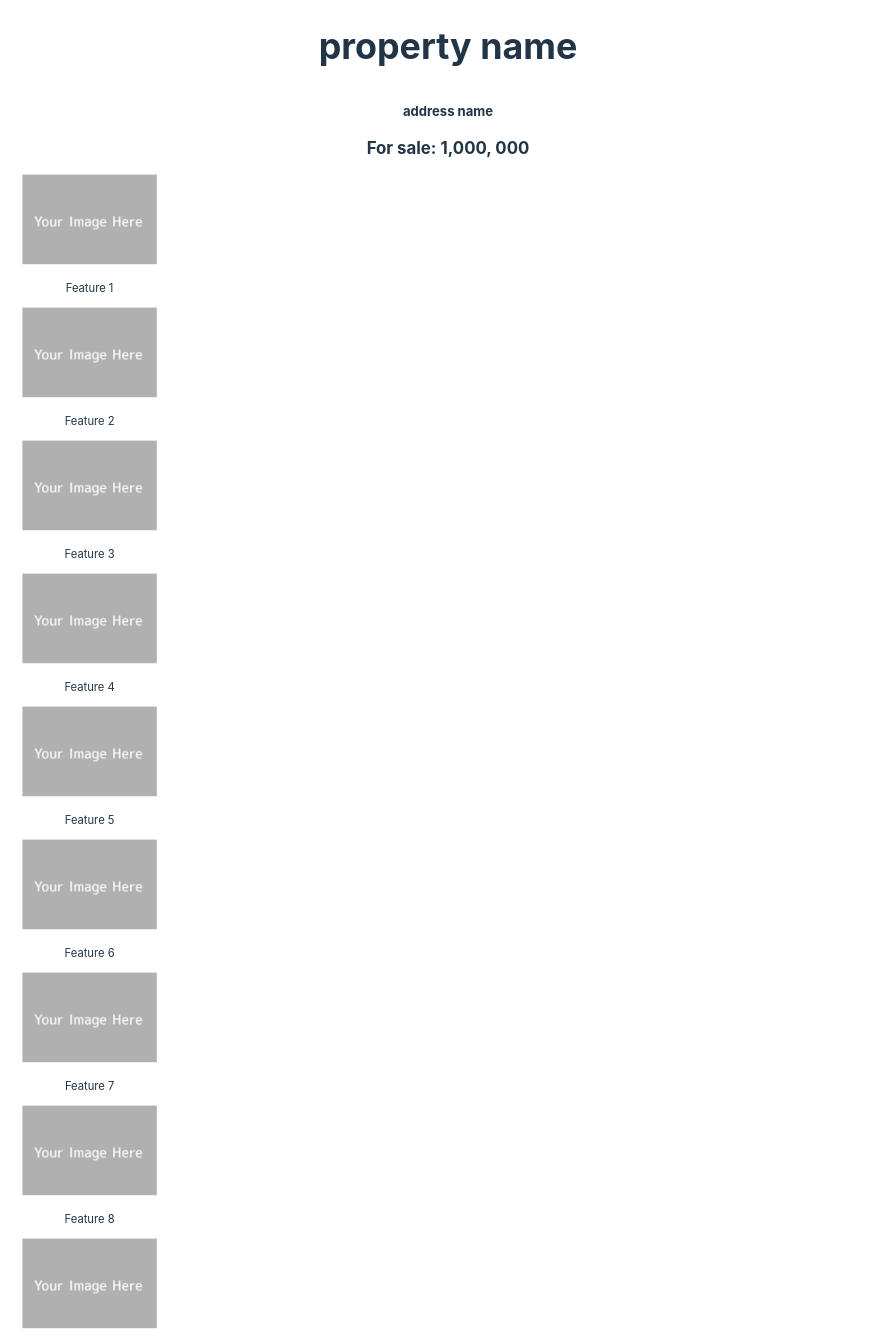
Repository: TMuse333/real_estate_property
Page: /
The author's editor kept a copy of each file at every save. The page is drawn from the files as they stood at one save, then again after the next save.
The browser window is 1280 px wide. The pictures show the part of the page from y = 708 to 2628 px (the page is 6049 px tall before and 5099 px after), at 70% of full size.
The project was rebuilt for these pictures with package versions that can differ from the ones it lists, and the page was loaded fresh each time. Also part of the build but not shown: vite.config.js, src/components/navbar/navbar.css, src/components/navbar/navbar.jsx, src/components/carousel/carousel.css, src/components/carousel/carousel.jsx.

Above is the page before, as saved 2024-03-26 14:51:38.

### src/App.jsx
import { useState } from 'react'
import reactLogo from './assets/react.svg'
import viteLogo from '/vite.svg'
import './App.css'
import Navbar from './components/navbar/navbar'
import ImageCarousel from './components/carousel/carousel'
import Carousel2 from './components/carousel2/carosuel2'


import kakashi from './media/kakashi_susanoo.jpg';
import sasuke from './media/sasuke.jpg';
import vegeta from './media/majin-vegeta.png';
import Property from './components/property/property'

function App() {
  const [count, setCount] = useState(0)

  const images = [
    {
      url:kakashi,
      alt:'Kakashi'
    }
   ,{
    url:sasuke,
    alt:'Sasuke'
   },
   {
    url:vegeta,
    alt:'Vegeta'
   },
   {
    url:kakashi,
    alt:'Kakashi2'
  }
 ,{
  url:sasuke,
  alt:'Sasuke2'
 },
 {
  url:vegeta,
  alt:'Vegeta2'
 },

  ]

  // const links = [
  //   'home',
  //   'description',
  //   'price and features',
  //   'amenities',
  //   'photo gallery',
  //   'video',
  //   'more info',
  //   'flyers',
  //   'area info',
  //   'documents',
  //   'map',
  //   'Broker',
  //   'More Listings',
  //   'Show Bookings'
  // ]

  return (
    <>
    <div className='homepage-container'>


     {/* <Navbar
     links={links}
     /> */}

    <Property/>
    {/* <Carousel2
    images={images}
    /> */}


     </div>
    </>
  )
}

export default App

### src/index.css
:root {
  font-family: Inter, system-ui, Avenir, Helvetica, Arial, sans-serif;
  line-height: 1.5;
  font-weight: 400;

  color-scheme: light dark;
  color: rgba(255, 255, 255, 0.87);
  background-color: #242424;

  font-synthesis: none;
  text-rendering: optimizeLegibility;
  -webkit-font-smoothing: antialiased;
  -moz-osx-font-smoothing: grayscale;
  /* overflow-x: hidden; */
}

a {
  font-weight: 500;
  color: #646cff;
  text-decoration: inherit;
}
a:hover {
  color: #535bf2;
}

body {
  margin: 0;
  display: flex;
  place-items: center;
  /* min-width: 320px; */
  min-height: 100vh;
}

h1 {
  font-size: 3.2em;
  line-height: 1.1;
}

button {
  border-radius: 8px;
  border: 1px solid transparent;
  padding: 0.6em 1.2em;
  font-size: 1em;
  font-weight: 500;
  font-family: inherit;
  background-color: #1a1a1a;
  cursor: pointer;
  transition: border-color 0.25s;
}
button:hover {
  border-color: #646cff;
}
button:focus,
button:focus-visible {
  outline: 4px auto -webkit-focus-ring-color;
}

@media (prefers-color-scheme: light) {
  :root {
    color: #213547;
    background-color: #ffffff;
  }
  a:hover {
    color: #747bff;
  }
  button {
    background-color: #f9f9f9;
  }
}

### src/App.css
#root {
  max-width: 1280px;
  margin: 0 auto;
  padding: 2rem;
  text-align: center;
}

.logo {
  height: 6em;
  padding: 1.5em;
  will-change: filter;
  transition: filter 300ms;
}
.logo:hover {
  filter: drop-shadow(0 0 2em #646cffaa);
}
.logo.react:hover {
  filter: drop-shadow(0 0 2em #61dafbaa);
}

@keyframes logo-spin {
  from {
    transform: rotate(0deg);
  }
  to {
    transform: rotate(360deg);
  }
}

@media (prefers-reduced-motion: no-preference) {
  a:nth-of-type(2) .logo {
    animation: logo-spin infinite 20s linear;
  }
}

.card {
  padding: 2em;
}

.read-the-docs {
  color: #888;
}

.homepage-container{
  width:100vw;
  /* height:100vh; */
  display: flex;
  flex-direction: column;
  overflow-x: hidden;
  justify-content: center;
  position: absolute;
  top:0;
  left:0;
  /* position: absolute;
  left:0;
  top:0; */
}

### src/components/carousel2/carosuel2.jsx
import react,{ useState,useEffect } from "react";
import { ArrowBigLeft, ArrowBigRight, Circle, CircleDot } from "lucide-react";
import './carousel2.css'

import kakashi from '../../media/kakashi_susanoo.jpg';
import sasuke from '../../media/sasuke.jpg';
import vegeta from '../../media/majin-vegeta.png';

const ImageSlider = ({ images }) => {
  const [imageIndex, setImageIndex] = useState(0);
  const [isFullHeight, setIsFullHeight] = useState(false);

  const [isDesktop, setIsDesktop] = useState(window.innerWidth >= 565)

  const [itemClicked, setItemClicked] = useState(null)

    const [desktopExpanded, setDesktopExpanded] = useState(false)

    const [mobileExpanded, setMobileExpanded] = useState(false)

  const handleItemClick = (index) => {

    console.log('item clicked')

    // if(itemClicked !== null){
        setItemClicked(index)
        setImageIndex(index)
        if(isDesktop){
            setDesktopExpanded(true)
        }
        else{
            setMobileExpanded(true)
            console.log('mobile expanded')
        }
  }



  useEffect(()=> {

    const handleResize = () => {
        if(window.innerWidth >= 565){
            setIsDesktop(true)
            console.log('desktop is true!')
        }
        else{
            setIsDesktop(false)
        }


    }

    window.addEventListener('resize',handleResize)

    return () => {
        window.removeEventListener('resize',handleResize)
    }
  },[])

  const showNextImage = () => {
    setImageIndex(index => {
      if (index === images.length - 1) return 0;
      return index + 1;
    });
  };

  const showPrevImage = () => {
    setImageIndex(index => {
      if (index === 0) return images.length - 1;
      return index - 1;
    });
  };

//   const toggleImageHeight = () => {
//     setIsFullHeight(prevState => !prevState);


//   };

const handleUnexpand = () => {
    setDesktopExpanded(false)
}

const handleMobileClick = () => {
    setMobileExpanded(true)
}

const handleExpansion = () => {

    if(isDesktop) {
        setDesktopExpanded(false)
    }
    else{
        setMobileExpanded(!mobileExpanded)
    }
}

  return (
    <>

{!isDesktop && !mobileExpanded && (
    <div>


            <h1>{images.length} Photos</h1>
            <p>Cick on the expand button to zoom in</p>
            </div>
        )}

    {!isDesktop  || (itemClicked !== null && desktopExpanded) ? (
        <section
        aria-label="Image Slider"
        style={{ width: "100%",
         position:  desktopExpanded || mobileExpanded ? 'fixed' :"relative",
         backgroundColor:'black',
         height: desktopExpanded || mobileExpanded? '100vh' : 'auto',
         top: desktopExpanded || mobileExpanded?'0': 'auto',
         left:desktopExpanded || mobileExpanded?'0': 'auto'

   }}
      >

        <a href="#after-image-slider-controls" className="skip-link">
          Skip Image Slider Controls
        </a>
        <div
          style={{
            width: "100%",
            height: "100%",
            display: "flex",
            overflow: "hidden",
            alignItems:'center',



          }}
        >
          {images.map(({ url, alt }, index) => (
            <img
              key={index}
              src={url}
              alt={alt}
              aria-hidden={imageIndex !== index}
              className="img-slider-img"
              style={{ transform: `translateX(${-100 * imageIndex}%)`,
              height:  "500px",


          }}
          onClick={()=>handleItemClick(index)}
            />
          ))}
        </div>
        <button
          onClick={showPrevImage}
          className="img-slider-btn"
          style={{ left: 0 }}
          aria-label="View Previous Image"
        >
          <ArrowBigLeft aria-hidden />
        </button>
        <button
          onClick={showNextImage}
          className="img-slider-btn"
          style={{ right: 0 }}
          aria-label="View Next Image"
        >
          <ArrowBigRight aria-hidden />
        </button>
        <div
          style={{
            position: "absolute",
           bottom:'0.5rem',
            left: "50%",
            transform: "translateX(-50%)",
            display: "flex",
            gap: ".25rem",
          }}
        >
          {images.map((_, index) => (
            <button

              key={index}
              className="img-slider-dot-btn"
              aria-label={`View Image ${index + 1}`}
              onClick={() => setImageIndex(index)}

            >
              {index === imageIndex ? (
                <CircleDot aria-hidden />
              ) : (
                <Circle aria-hidden />
              )}
            </button>
          ))}
        </div>
        <div id="after-image-slider-controls" />
        <button onClick={handleExpansion} className="toggle-height-btn"
        style={{
          position: desktopExpanded || mobileExpanded? 'fixed ' : 'absolute',
          top: desktopExpanded || mobileExpanded? 'auto' : '100%',
          left:'50%',
          transform:'translateX(-50%)',
          zIndex:'5',

          bottom:desktopExpanded || mobileExpanded? '10%' : " auto"
        }}>

          {desktopExpanded || mobileExpanded? "Collapse" : "Expand"}
        </button>
      </section>
    ) : (
        <section
        className="images-grid">
            {images.map((image, index)=> (
                <img src={image.url}
                key={index}
                alt={image.alt}
                onClick={()=> handleItemClick(index)}
                className='desktop-image'></img>
            ))}

        </section>
    )}

</>

  );
};

export default ImageSlider;

### src/components/property/property.jsx
import React from "react";
import ImageSlider from "../carousel2/carosuel2";
import Features from "../features/features";
import img from '../../media/place-holder.jpg'

import kakashi from '../../media/kakashi_susanoo.jpg';
import sasuke from '../../media/sasuke.jpg';
import vegeta from '../../media/majin-vegeta.png';

import './property.css'

const Property = ({heroImage,price,
    mainDescription,openingDate,closingDate}) => {

  const images = [
    {
      url:kakashi,
      alt:'Kakashi'
    }
   ,{
    url:sasuke,
    alt:'Sasuke'
   },
   {
    url:vegeta,
    alt:'Vegeta'
   },
   {
    url:kakashi,
    alt:'Kakashi2'
  }
 ,{
  url:sasuke,
  alt:'Sasuke2'
 },
 {
  url:vegeta,
  alt:'Vegeta2'
 },

  ]
    return (
        <section className="property-container">
            <div className="property-herobanner">


            <img className="property-hero"
            src={heroImage || img}
            />
 <h2><strong>For Sale:</strong> {price || '1,000,000$'}</h2>

 <p className="open-house-hours">
    Open House - {openingDate || 'march 24th 3pm'} - {closingDate || 'march 25th 5pm'}
 </p>

                 </div>
                 <h1>Property Description</h1>
                 <p>
                    {mainDescription ||
                    'Lorem ipsum dolor sit amet consectetur, adipisicing elit. Voluptas et ad, similique nobis molestias ullam alias? Beatae suscipit expedita nobis nulla inventore incidunt eaque molestias ipsum repudiandae reprehenderit. Asperiores, laborum?'}
                 </p>

                 <Features/>

                 <ImageSlider
                 images={images}/>

                 <h1>Video</h1>

                 <img className="property-video"
                  src={img}
                 />

                 <div className="images-grid">
                    <img src={img}/>
                    <img src={img}/>
                    <img src={img}/>
                    <img src={img}/>
                 </div>


        </section>
    )
}

export default Property

### src/components/carousel2/carousel2.css
*,
*::before,
*::after {
  box-sizing: border-box;
}

.img-slider-img {
  object-fit: cover;
  width: 100%;
object-position: 50% 50%;
  display: block;
  flex-shrink: 0;
  flex-grow: 0;
}

.img-slider-btn {
  all: unset;
  display: block;
  position: absolute;
  top: 0;
  bottom: 0;
  padding: 1rem;
  cursor: pointer;
  transition: background-color 100ms ease-in-out;
}

.img-slider-btn:hover,
.img-slider-btn:focus-visible {
  background-color: rgb(0, 0, 0, 0.2);
}

.img-slider-btn > * {
  stroke: white;
  fill: black;
  width: 2rem;
  height: 2rem;
}

@keyframes squish {
  50% {
    scale: 1.4 0.6;
  }
}

.img-slider-dot-btn {
  all: unset;
  display: block;
  cursor: pointer;
  width: 1rem;
  height: 1rem;
  transition: scale 100ms ease-in-out;
}

.img-slider-dot-btn:hover,
.img-slider-dot-btn:focus-visible {
  scale: 1.2;
}

.img-slider-dot-btn > * {
  stroke: white;
  fill: black;
  height: 100%;
  width: 100%;
}

.img-slider-dot-btn:focus-visible,
.img-slider-btn:focus-visible {
  outline: auto;
}

.skip-link {
  position: absolute;
  width: 1px;
  height: 1px;
  padding: 0;
  margin: -1px;
  overflow: hidden;
  border: 0;
  clip: rect(0, 0, 0, 0);
}

.skip-link:focus-visible {
  top: 0;
  left: 0;
  border: 1px solid black;
  background-color: white;
  padding: 0.5rem;
  width: auto;
  height: auto;
  margin: 0;
  clip: unset;
  text-decoration: none;
  color: black;
  z-index: 100;
}

.img-slider-img {
    transition: transform 0.5s ease;
  }

/* @media not (prefers-reduced-motion) {
  .img-slider-img {
    transition: translate 300ms ease-in-out;

  }

  .img-slider-btn:hover > *,
  .img-slider-btn:focus-visible > * {
    animation: squish 200ms ease-in-out;
  }
} */

.images-grid {
    display: grid;
    width: 95vw;
    grid-template-columns: repeat(auto-fit, minmax(230px, 1fr)); /* Modify this line */
    justify-content: center;
    gap: 2rem;
    max-width: 1200px;
    margin: 0 auto;
}

.images-grid img {
    width: 100%;
    height:40vw;
    object-fit: cover;
    max-height: 400px;
}

### src/components/features/features.jsx
import React from "react";
import img from '../../media/place-holder.jpg';
import './features.css'
const Features = ({ name, price, address, featuresName, featureImage, amenities }) => {
    // Initialize featuresList
    let featuresList = [];

    // Check if featuresName is not null
    if(featuresName){
        featuresList = featuresName.map((name, index) => ({
            name: name,
            image: featureImage[index]
          }));
    } else {
        // If featuresName is null, create 10 random features with placeholder text and images
        for (let i = 0; i < 10; i++) {
            featuresList.push({
                name: `Feature ${i+1}`,
                image: img // Use placeholder image
            });
        }
    }

    // Initialize amenitiesList
    let amenitiesList = [];

    // Check if amenities is not null
    if(amenities){
        amenitiesList = amenities.map((amenity, index) => ({
            name: amenity,
            image: img // Use placeholder image for amenities
          }));
    } else {
        // If amenities is null, create 10 random amenities with placeholder text and images
        for (let i = 0; i < 10; i++) {
            amenitiesList.push({
                name: `Amenity ${i+1}`,
                image: img // Use placeholder image
            });
        }
    }

    return (
      <section className="amenities-container">
        <h1>{name || 'property name'}</h1>
        <h3>{address || 'address name'}</h3>
        <h2><strong>For sale:</strong> {price || '1,000, 000'}</h2>

        <div className="features-grid">
          {featuresList.map((feature, index) => (
            <div className="feature" key={index}>
              <img src={feature.image || img} alt={feature.name || 'feature'} />
              <p>{feature.name || 'feature'}</p>
            </div>
          ))}
        </div>

        <div className="amenities-box">
          <h2>Amenities</h2>
          {amenitiesList.map((amenity, index) => (
            <div className="amenity" key={index}>
              <img src={amenity.image || img} style={{ height: '30px' }} alt={amenity.name || 'amenity'} />
              <p>{amenity.name || 'amenity name'}</p>
            </div>
          ))}
        </div>
      </section>
    )
}

export default Features;

### src/components/property/property.css
.images-grid img, .property-video{
    width:90vw;
    object-fit: cover;
    margin:0 auto;
}

.images-grid{
    width: 100vw;
}

.property-video {
    margin-bottom: 3rem;
}

### src/components/features/features.css
.feature img{
    width:15vw;
}

.features-grid{
    display: grid;
    grid-template-columns: 20vw;
}

Loaded but not shown: index.html (common file); src/main.jsx (common file)

After the next save:
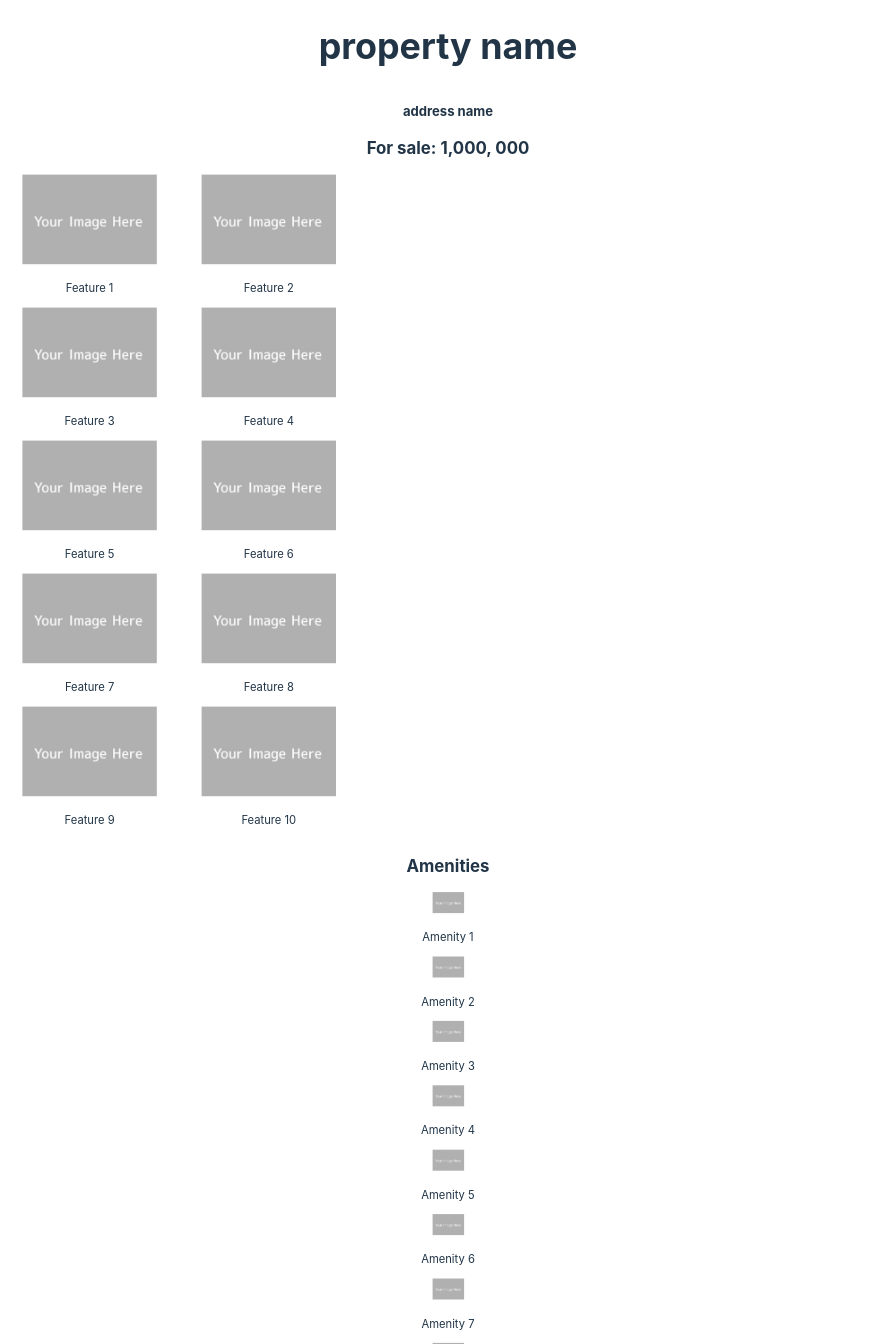
Saved 4 s later.
--- a/src/components/features/features.css
+++ b/src/components/features/features.css
@@ -4,5 +4,5 @@
 
 .features-grid{
     display: grid;
-    grid-template-columns: 20vw;
+    grid-template-columns: 20vw 20vw;
 }
